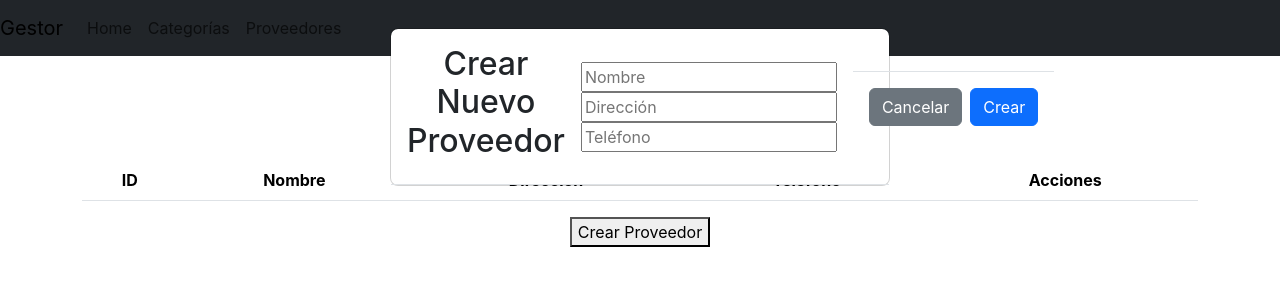
Repository: SantiagoGuaman/gestor-app
Page: /providers, after clicking the first element matching `button`
These files come from the project's save history. The page is drawn as it stood at one moment and after a run of saves; the edit follows.
The browser window is 1280 px wide. The pictures show the whole page.
The page's requests for data from a server got no answer. The project was rebuilt for these pictures with package versions that can differ from the ones it lists, and the page was loaded fresh each time. No one was signed in, and anything a server would have sent is missing. Also part of the build but not shown: src/App.css, src/Categories/GetDataCategories.js, src/HomePage/HomePage.js.

Above is the page before, as saved 2024-02-14 11:35:10.

After the next 2 saves:
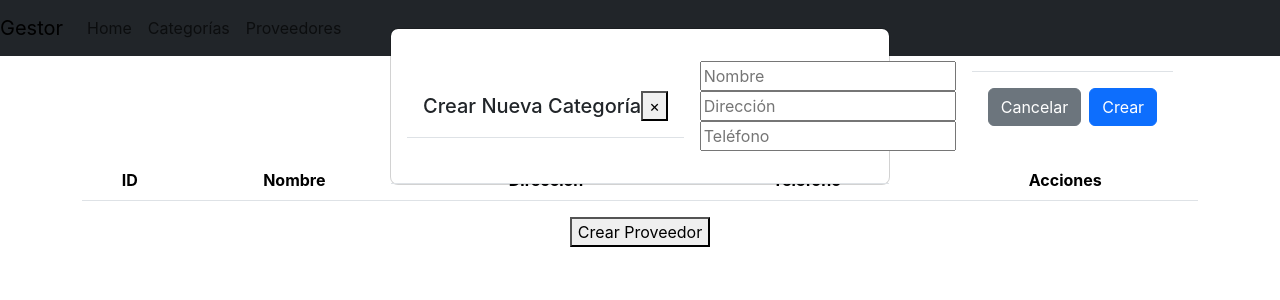
The 2 saves are shown as one change because they came seconds apart.
The last was saved 26 s later.
--- a/src/Proveedores/GetDataProviders.js
+++ b/src/Proveedores/GetDataProviders.js
@@ -143,7 +143,12 @@ function GetDataProviders() {
                     <div className="modal-dialog" role="document">
                         <div className="modal-content">
                             <div className="modal-header">
-                                <h2>Crear Nuevo Proveedor</h2>
+                                <div className="modal-header">
+                                    <h5 className="modal-title">Crear Nueva Categoría</h5>
+                                    <button type="button" className="close" data-dismiss="modal" aria-label="Close" onClick={() => setCreateModalOpen(false)}>
+                                        <span aria-hidden="true">&times;</span>
+                                    </button>
+                                </div>
                                 <div className="modal-body">
                                     <input className='form-group'
                                         type="text"
